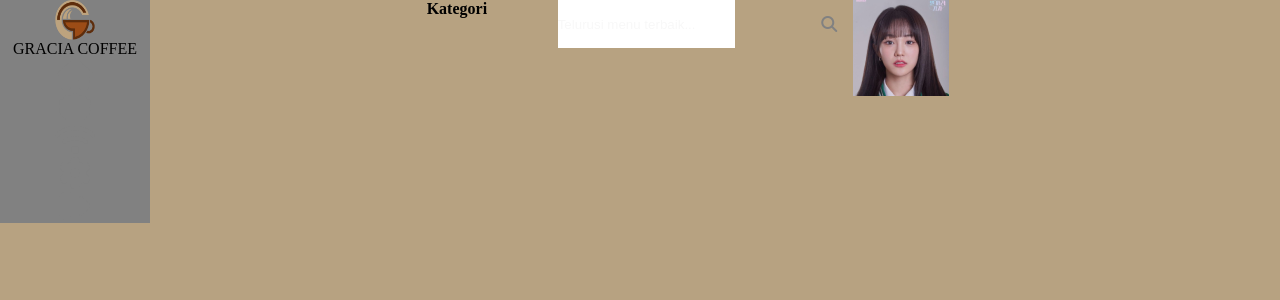
Repository: DanielChuaaa/sbd2
Page: index.html
The author's editor kept a copy of each file at every save. The page is drawn from the files as they stood at one save, then again after the next save.
The browser window is 1280 px wide. The pictures show the whole page.
Some web libraries are served in a nearby version.

Above is the page before, as saved 2023-10-20 10:17:23.

### index.html
<!DOCTYPE html>
<html lang="en">
<head>
    <meta charset="UTF-8">
    <meta name="viewport" content="width=device-width, initial-scale=1.0">
    <title>Document</title>
    <link href="https://fonts.googleapis.com/css2?family=Roboto+Mono:wght@400;600;700&display=swap" rel="stylesheet" />
    <link
      rel="stylesheet"
      href="https://cdnjs.cloudflare.com/ajax/libs/font-awesome/6.1.2/css/all.min.css"
      integrity="sha512-1sCRPdkRXhBV2PBLUdRb4tMg1w2YPf37qatUFeS7zlBy7jJI8Lf4VHwWfZZfpXtYSLy85pkm9GaYVYMfw5BC1A=="
      crossorigin="anonymous"
      referrerpolicy="no-referrer"
    />
    <link rel="stylesheet" href="style.css">
</head>
<body>
    <div class="container">
        <div class="grid-wrapper">
            <div class="icon">
                <img src="/assets/logo projek SBD 1.png" width="40px" height="40px" alt="logo">
                <p>GRACIA COFFEE</p>
                <a href="#"><i class="fa-solid fa-house fa-2xl"></i></a>
                <a href="#"><i class="fa-solid fa-bowl-food fa-2xl"></i></a>
                <a href="#"><i class="fa-solid fa-wifi fa-2xl"></i></a>
                <a href="#"><i class="fa-solid fa-gear fa-2xl"></i></a>
                <a href="#"><i class="fa-solid fa-right-from-bracket fa-2xl"></i></a>
            </div>

            <div class="content">
                <div class="nav">
                    <h4>Kategori</h4>
                    <input type="text" name="text" id="text" class="input" placeholder="Telurusi menu terbaik...">
                    <i class="fa-solid fa-magnifying-glass"></i>
                </div>

                <div class="menu"></div>
            </div>

            <div class="order">
                <img src="/assets/g_8___8_idola_cantik_berbakat_alumni_sm_entertainment_yang_sudah_debut_di_girlgroup_agensi_lain_p_eks_sm_trainee-20220408-001-non_fotografer_kly 1.png" alt="">
            </div>
        </div>
    </div>
</body>
</html>

### style.css
:root{
    --clr-primary-100: #B7A281;

    --clr-neutral-100: #818181;
    --clr-neutral-200: #A2A2A2;
    --clr-neutral-300: #D9D9D9;
    --clr-neutral-400: #F8F8F8;
    --clr-neutral-500:  #f1f1f1;

    --ff: "Roboto Mono", monospace;

    --fw-regular: 400;
    --fw-semi-bold: 600;
    --fw-bold: 700;
}

*{
    box-sizing: border-box;
    margin: 0;
    padding: 0;
}

body{
    background-color: #B7A281;
}

.grid-wrapper{
    display: grid;
    grid-template-columns: 1fr 1fr 1fr;
}

.icon{
    background: var(--clr-neutral-100);

    display: flex;
    flex-direction: column;
    justify-content: space-evenly;
    align-items: center;
    max-width: 150px;
}

.fa-solid{
    color: var(--clr-neutral-100);
    padding: 1rem;
}

.nav{
    display: flex;
    justify-content: space-between;
}

.input{
    border: none;

}

::placeholder{
    color: var(--clr-neutral-400);
}

After the next save:
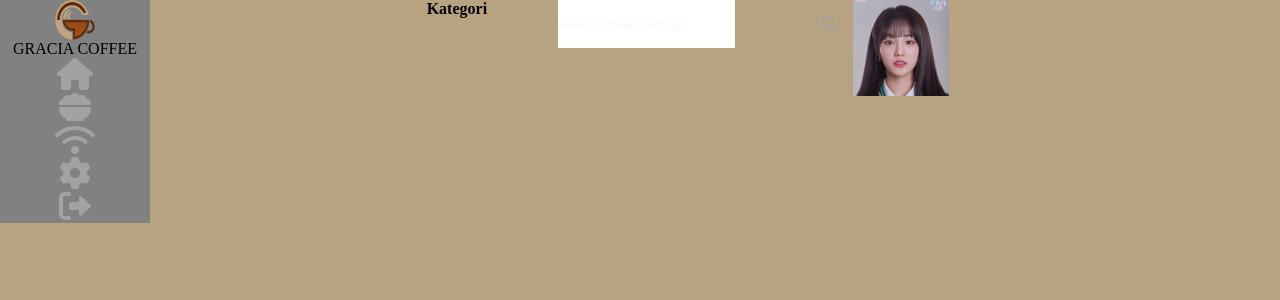
Saved 19 s later.
--- a/style.css
+++ b/style.css
@@ -40,7 +40,7 @@ body{
 }
 
 .fa-solid{
-    color: var(--clr-neutral-100);
+    color: var(--clr-neutral-200);
     padding: 1rem;
 }
 
